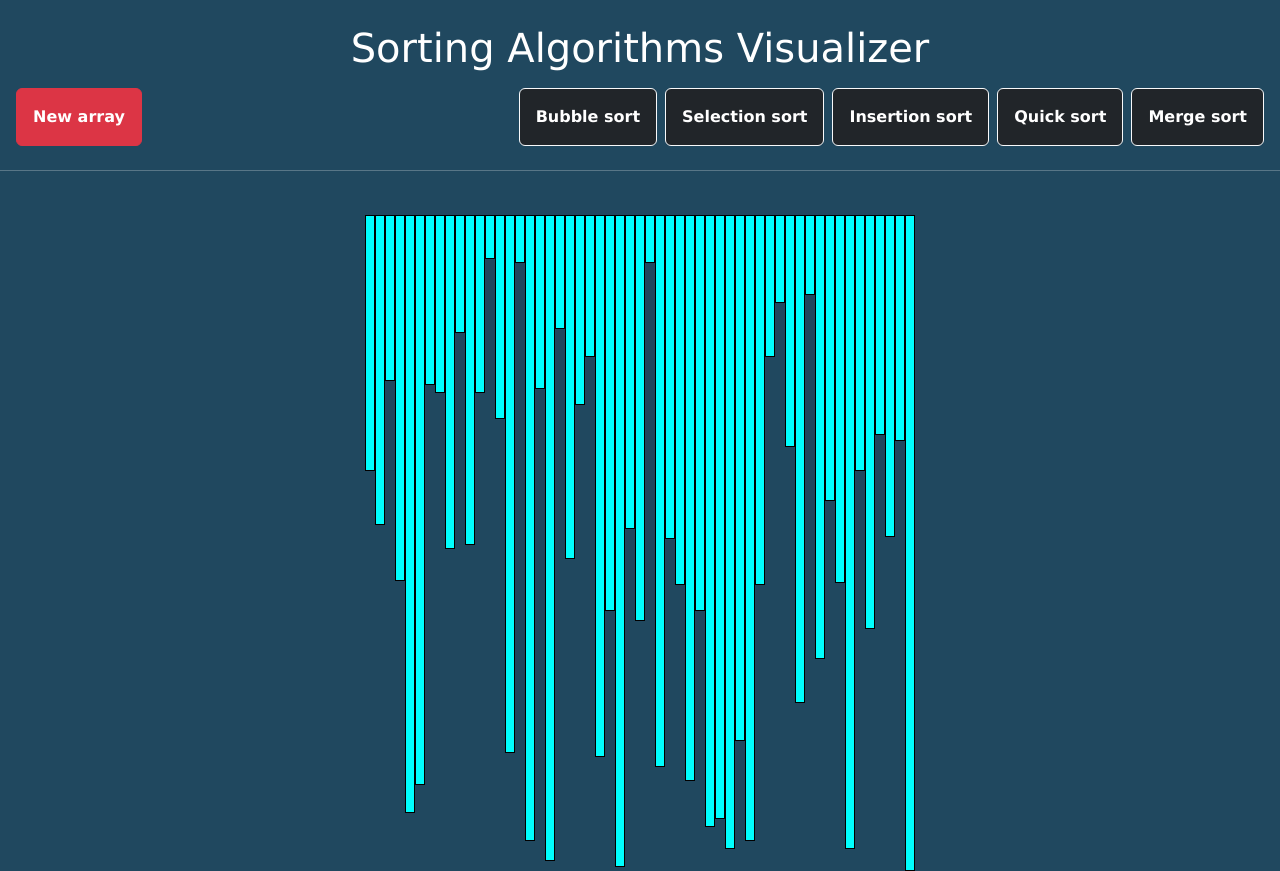
Repository: Vasil1001/Sorting-Algorithms-Visualizer-js
Page: views/index.html
These files come from the project's save history. The page is drawn as it stood at one moment and after a run of saves; the edit follows.
The browser window is 1280 px wide. The pictures show the whole page.

Above is the page before, as saved 2022-11-03 18:07:07.

### views/index.html
<!doctype html>
<html lang="en">

<head>
  <meta charset="utf-8">
  <meta name="viewport" content="width=device-width, initial-scale=1">

  <title>Sorting Algorithms Visualizer</title>

  <!-- Import css & bootstrap-->
  <link href="https://cdn.jsdelivr.net/npm/bootstrap@5.2.2/dist/css/bootstrap.min.css" rel="stylesheet"
    integrity="sha384-Zenh87qX5JnK2Jl0vWa8Ck2rdkQ2Bzep5IDxbcnCeuOxjzrPF/et3URy9Bv1WTRi" crossorigin="anonymous">
  <link rel="stylesheet" href="/css/base.css">

</head>

<header>
  <h1 align="center" class="mt-4">Sorting Algorithms Visualizer</h1>


  <nav class="navbar navbar-expand-lg">

    <div class="container-fluid">
      <button type="button" class="btn btn-danger mx-1 p-3 " id="new_array" style="color: white;"><b>New
          array </b>
      </button>
      <ul class="navbar-nav">
        <li class="nav-item">
          <button type="button" class="btn btn-dark border-light mx-1 p-3 " id="bubble_sort"
            style="color: white;"><b>Bubble sort</b> </button>
        </li>
        <li class="nav-item">
          <button type="button" class="btn btn-dark border-light mx-1 p-3 " id="selection_sort"
            style="color: rgb(255, 255, 255);">
            <b>Selection sort</b></button>
        </li>
        <li class="nav-item">
          <button type="button" class="btn btn-dark border-light mx-1 p-3 " id="insertion_sort" style="color: white;">
            <b>Insertion sort</b></button>
        </li>
        <li class="nav-item">
          <button type="button" class="btn btn-dark border-light mx-1 p-3 " id="quick_sort" style="color: white;">
            <b>Quick sort</b></button>
        </li>
        <li class="nav-item">
          <button type="button" class="btn btn-dark border-light mx-1 p-3 " id="merge_sort"> <b>Merge sort</b></button>
        </li>

      </ul>
    </div>
  </nav>


</header>

<body>

  <hr style="color: white;">

  <div id="bars" class="bars flex-container p-4"></div>

  <!-- Import css & bootstrap-->
  <script src="https://cdn.jsdelivr.net/npm/bootstrap@5.2.2/dist/js/bootstrap.bundle.min.js"
    integrity="sha384-OERcA2EqjJCMA+/3y+gxIOqMEjwtxJY7qPCqsdltbNJuaOe923+mo//f6V8Qbsw3"
    crossorigin="anonymous"></script>
  <script defer src="/sort_algos_js_files/index.js"></script>

</body>

</html>

### css/base.css
body {
    background-color: rgb(32, 72, 95);
    color:white;
    font-size: 18px;
    font-family: 'Lucida Sans', 'Lucida Sans Regular', 'Lucida Grande', 'Lucida Sans Unicode', Geneva, Verdana, sans-serif;
}
.flex-container{
    margin-top: 20px;
    display: flex;
    flex-wrap: nowrap;
    width: 100%;
    height: 500px;
    justify-content: center;
    transition: 2s all ease;
}

.flex-item{
    background: cyan;
    border: 1pt solid black;
    width: 10px;
    transition: 0.1s all ease;
}

.sidenav {
    height: 100%;
    width: 160px;
    position: fixed;
    z-index: 1;
    top: 0;
    left: 0;
    background-color: rgb(14, 13, 35);
    overflow-x: hidden;
    padding-top: 20px;
  }

  .sidenav a {
    padding: 6px 8px 6px 16px;
    text-decoration: none;
    font-size: 25px;
    color: #818181;
    display: block;
  }

  .sidenav a:hover {
    color: #f1f1f1;
  }

  .main {
    margin-left: 160px; /* Same as the width of the sidenav */
    font-size: 28px; /* Increased text to enable scrolling */
    padding: 0px 10px;
  }
  @media screen and (max-height: 450px) {
    .sidenav {padding-top: 15px;}
    .sidenav a {font-size: 18px;}
  }

### sort_algos_js_files/index.js
let random_array_100 = [];
createBarArray();


function createBarArray() {

    // replace array
    deletePreviousArray()

    // Array to store randomly generated numbers
    random_array_100 = [];
    var numberOfBars = 0;
    let l = 55;

    // get a random number and add it to the array until there are 100 in array
    for (numberOfBars = 0; numberOfBars < l; numberOfBars++) {
        random_array_100.push(Math.round(Math.random() * l * 6));
    }
    // print 100 random numbers of the array
    console.log(random_array_100);


     // select the div #bars element
     const bars = document.querySelector("#bars");
    // make bars with height from random array numbers
    for (let i = 0; i < random_array_100.length; i++) {
        // const para = document.createElement("div");
        // para.innerText = random_array_100[i];
        // document.body.appendChild(para);

        // create div bar for each number in the array
        const bar = document.createElement("div");
        bar.style.height = `${random_array_100[i]*2}px`;
        bar.classList.add('bar');
        bar.classList.add('flex-item');
        bar.classList.add(`barNo${i}`);
        bars.appendChild(bar);
    }
}

function deletePreviousArray() {
    const bar = document.querySelector("#bars");
    bar.innerHTML = '';
}

document.getElementById("new_array").addEventListener("click", function(){
    createBarArray();
});

After the next 2 saves:
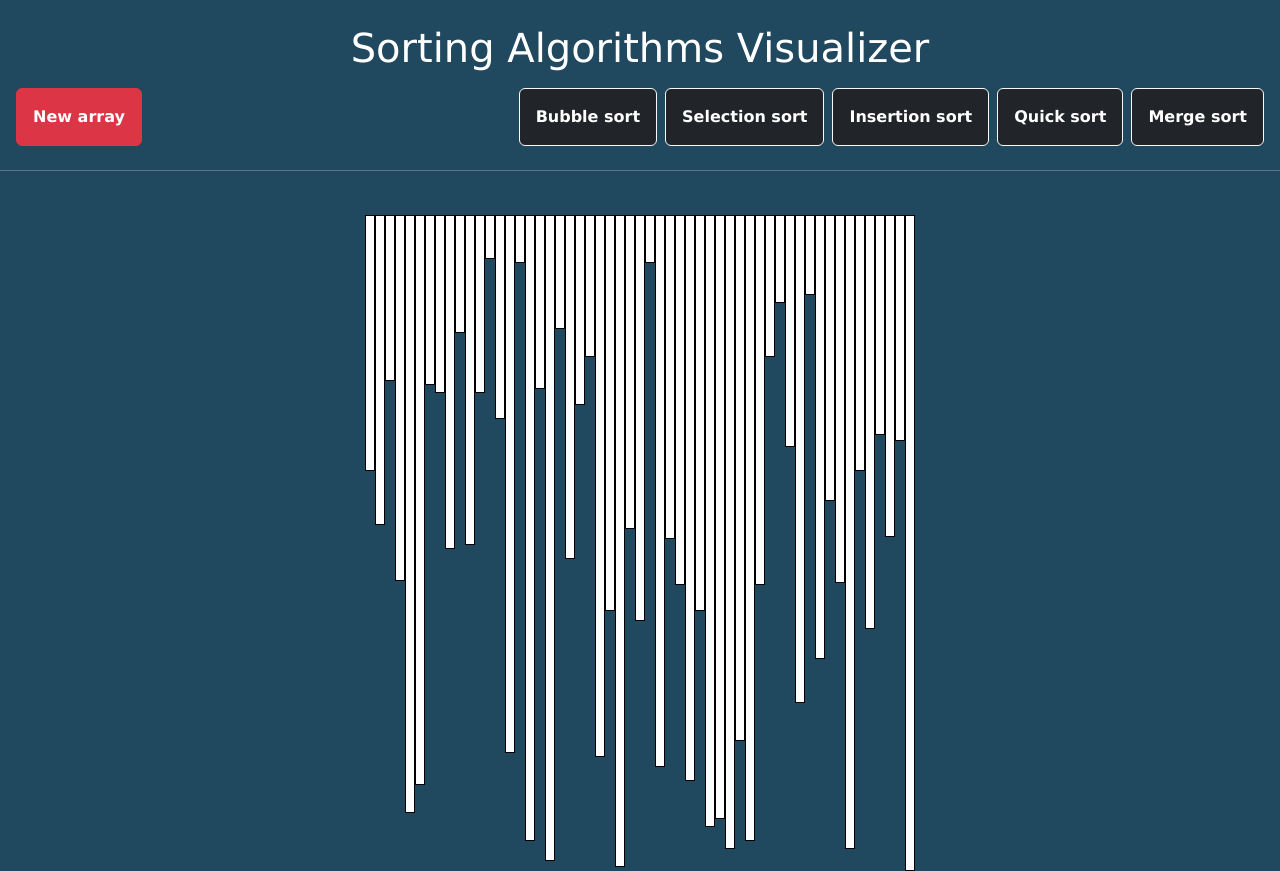
The 2 saves are shown as one change because they came seconds apart.
The last was saved 32 s later.
--- a/css/base.css
+++ b/css/base.css
@@ -15,7 +15,7 @@ body {
 }
 
 .flex-item{
-    background: cyan;
+    background: rgb(255, 255, 255);
     border: 1pt solid black;
     width: 10px;
     transition: 0.1s all ease;
